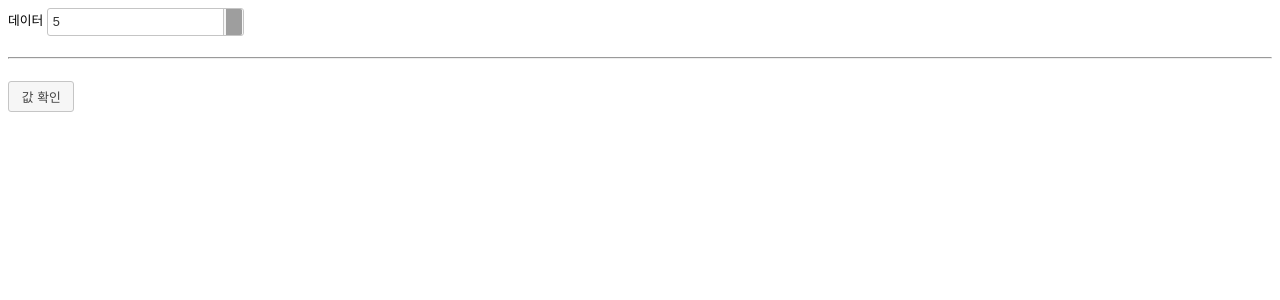
Repository: KYJIN1024/kic_jquery
Page: http://localhost/jQueryUIEx03/zipcode02.jsp
The author's editor kept a copy of each file at every save. The page is drawn from the files as they stood at one save, then again after the next save.
The browser window is 1280 px wide. The pictures show the whole page.
Pictures or frames that could not be fetched are drawn as grey boxes. The page is served by Tomcat 9.

Above is the page before, as saved 2023-05-17 03:23:14.

After the next save:
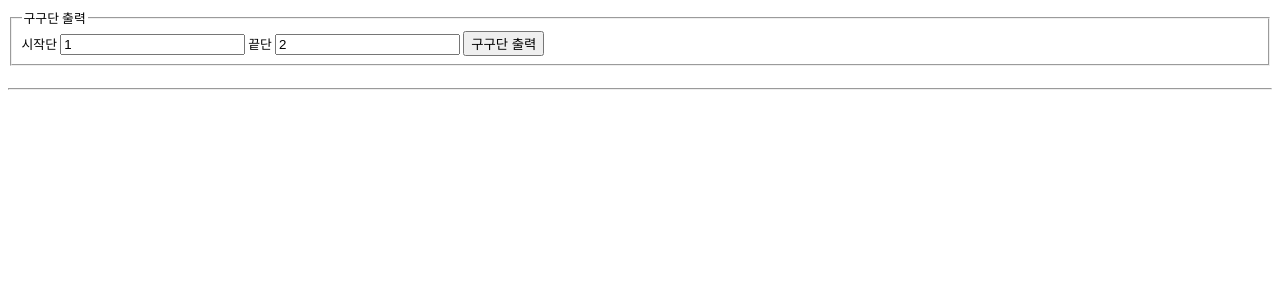
Saved 3 min 31 s later.
--- a/jQueryUIEx03/src/main/webapp/zipcode02.jsp
+++ b/jQueryUIEx03/src/main/webapp/zipcode02.jsp
@@ -15,29 +15,24 @@
 <script src="./js/jquery-ui.js"> </script>
 <script>
 	$( document ).ready( function(){
-		 $( '#spinner').spinner({
-			 min:5,
-			 max:250,
-			 step: 25,
-			 spin: function(){
-				 console.log( $(this).spinner( 'value' ) );
-			}
-		 });
-		 $('#btn').button().on( 'click', function(){
-			 console.log( $( '#spinner').spinner( 'value' ) );
-		 	});
+
 		});
 
 </script>
 </head>
 <body>
 
-<div>
-	<label for="spinner">데이터</label>
-	<input type="text" id="spinner" value="5" readonly="readonly" />
-</div>
+<fieldset>
+	<legend>구구단 출력</legend>
+	<label for="spinner1">시작단</label>
+	<input type="text" id="start" value="1" readonly="readonly" />
+
+	<label for="spinner1">끝단</label>
+	<input type="text" id="end" value="2" readonly="readonly" />
+	<button id="btn">구구단 출력</button>
+</fieldset>
 <br /><hr /><br />
-<button id="btn">값 확인 </button>
+<div id="result"> </div>
 
 </body>
 </html>
